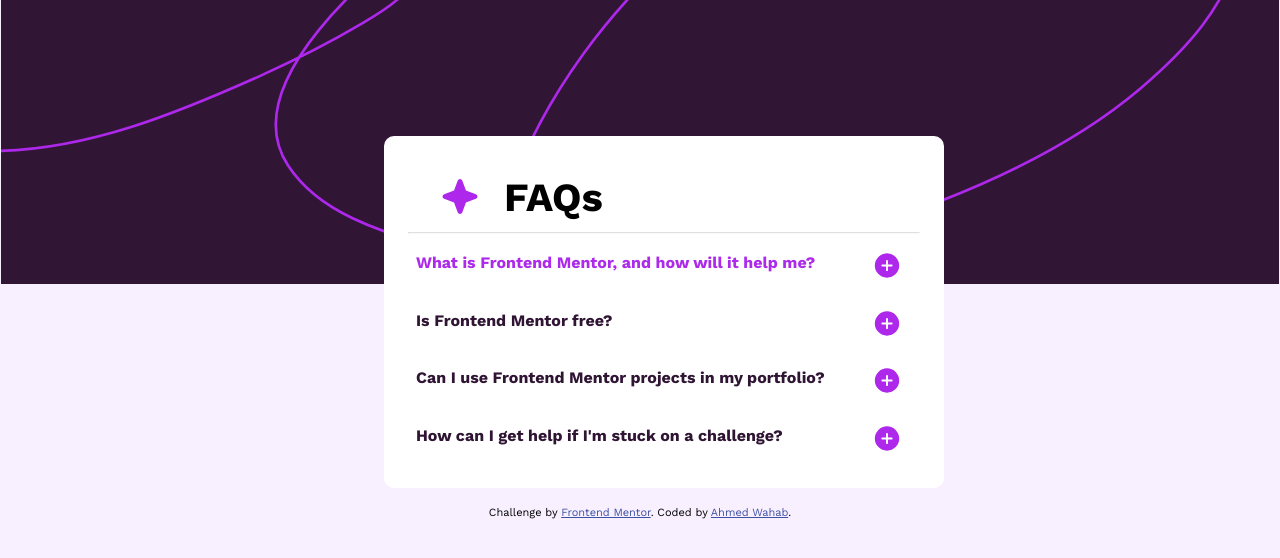
Repository: imokha01/accordion-main
Page: index.html
These files come from the project's save history. The page is drawn as it stood at one moment and after the next save; the edit follows.
The browser window is 1280 px wide. The pictures show the whole page.
The pointer rests on the first visible `.title p`.

Above is the page before, as saved 2023-12-28 15:18:43.

After the next save:
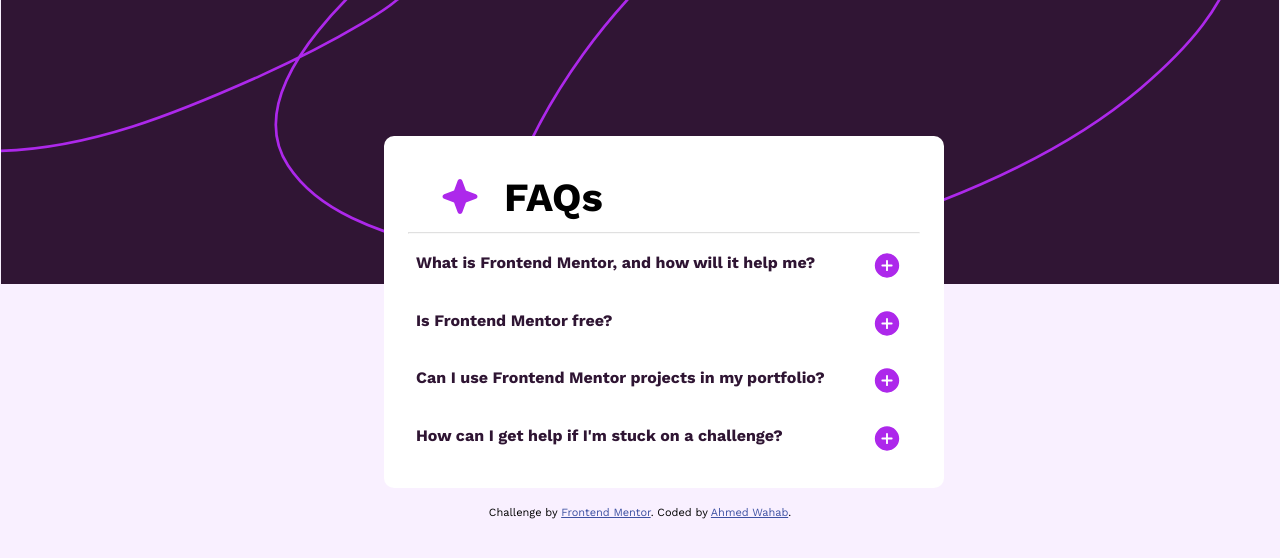
Saved 11 min 42 s later.
--- a/index.css
+++ b/index.css
@@ -116,7 +116,7 @@
 
 }
 
-.title p:hover {
+.title p:active {
     color: #AD2AEB;
 }
 
